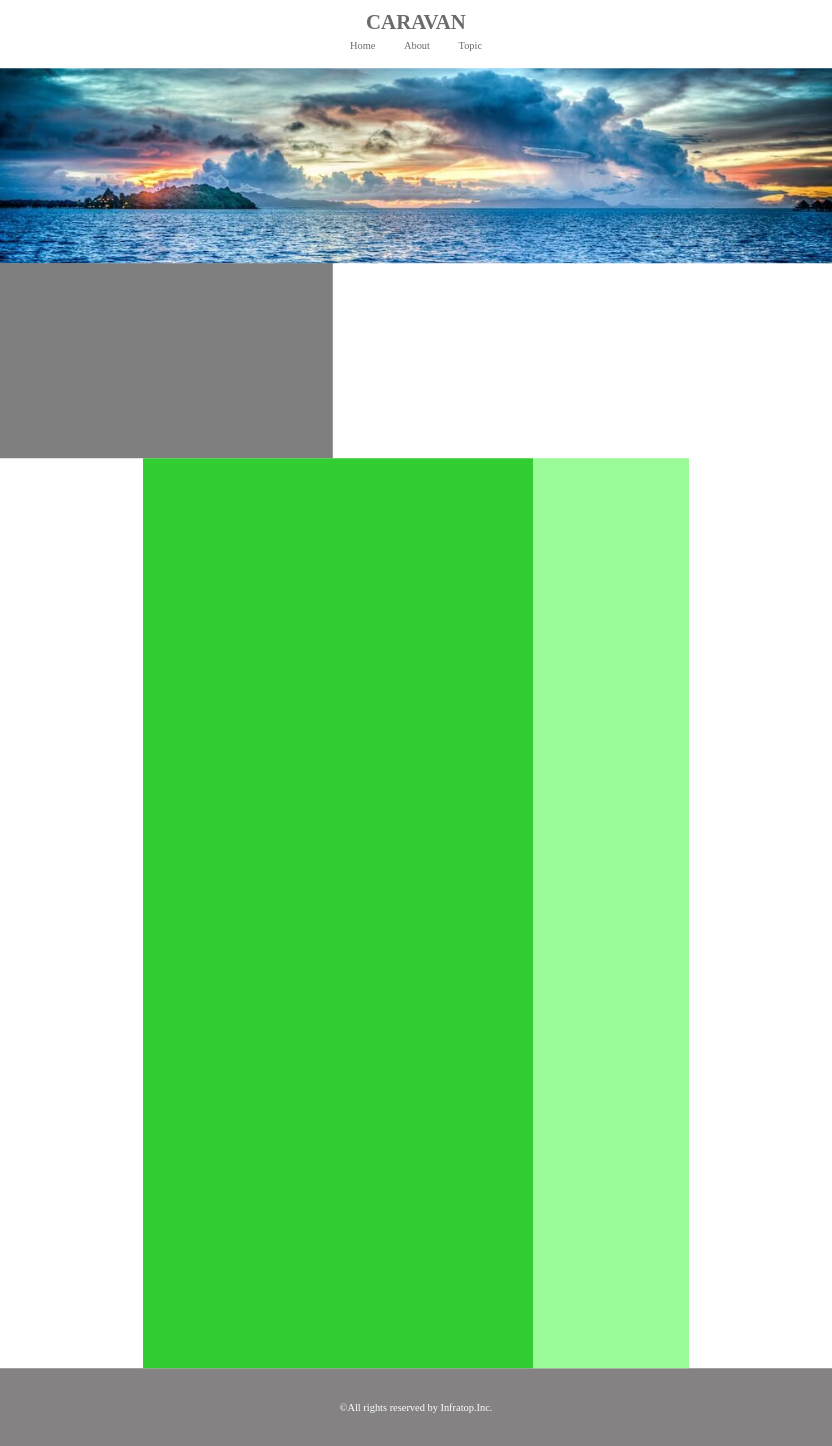
Repository: ego-boosting/assightment_1
Page: caravan/index.html
The author's editor kept a record of every edit. The page is drawn from the files as they stood at one moment, then again after the next edit.
The browser window is 1280 px wide. The pictures show the whole page, at 65% of full size.

Above is the page before.

After the next edit:
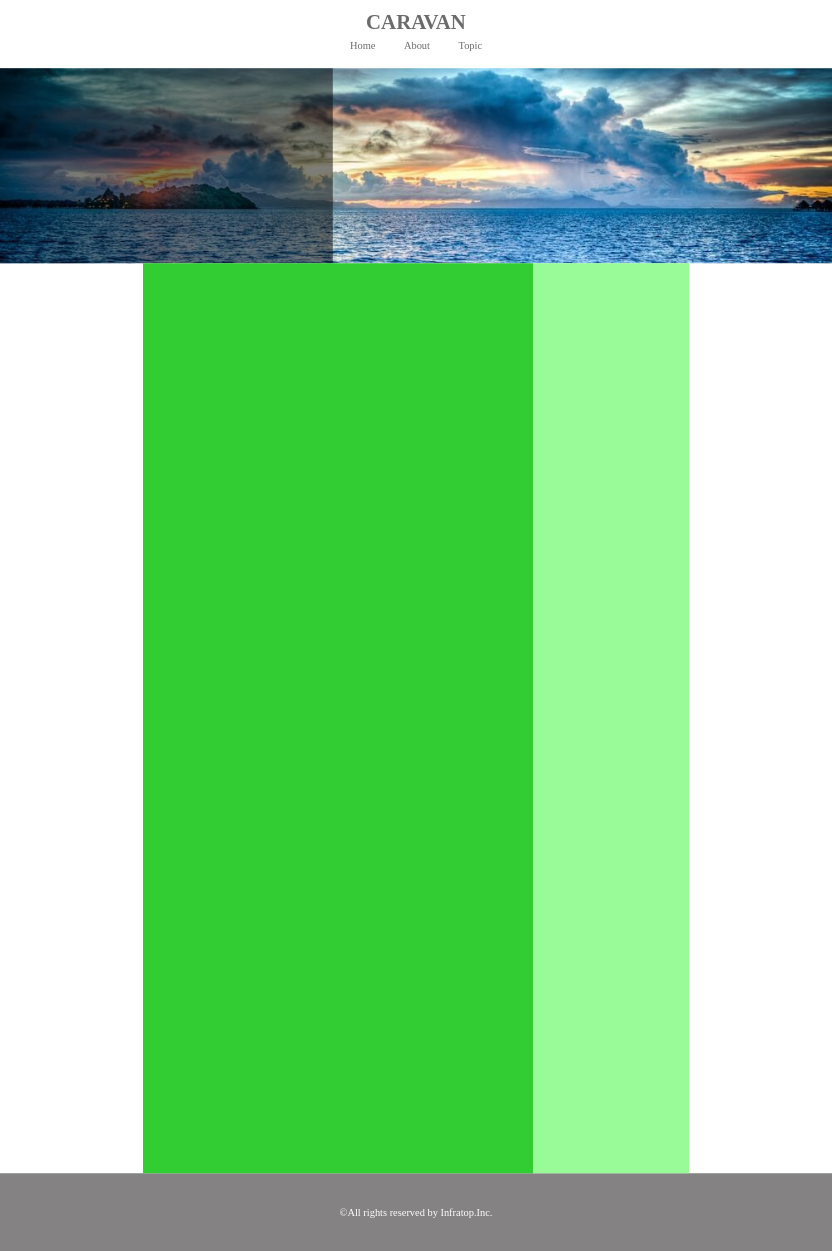
The edit:
--- a/caravan/index.html
+++ b/caravan/index.html
@@ -28,7 +28,7 @@
     </header>
 
 
-    <p class="main-visual">
+    <div class="main-visual">
       <div class="main-visual-content"></div>
     </p>
 
